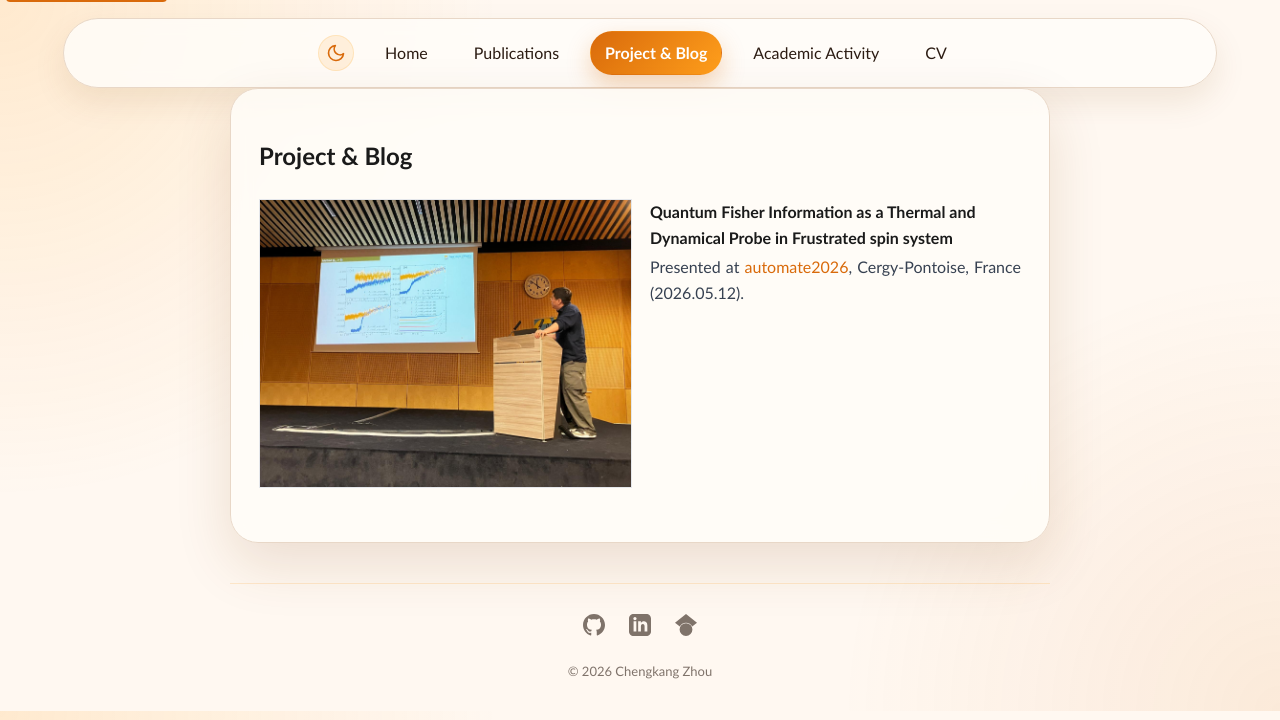
Repository: argyibug/zhouchk
Page: projects.html
The author's editor kept a copy of each file at every save. The page is drawn from the files as they stood at one save, then again after the next save.
The browser window is 1280 px wide. The pictures show the whole page.

Above is the page before, as saved 2026-06-02 09:48:09.

### projects.html
<!DOCTYPE HTML>
<html lang="en">

<head>
  <meta http-equiv="Content-Type" content="text/html; charset=UTF-8">
  <title>Project &amp; Blog - Chengkang Zhou</title>
  <meta name="author" content="Chengkang Zhou">
  <meta name="viewport" content="width=device-width, initial-scale=1">
  <meta name="description" content="Project &amp; Blog by Chengkang Zhou.">
  <meta name="robots" content="index, follow">

  <meta property="og:title" content="Project &amp; Blog - Chengkang Zhou">
  <meta property="og:description" content="Project &amp; Blog by Chengkang Zhou.">
  <meta property="og:image" content="https://argyibug.github.io/zhouchk/figures/me.jpg">
  <meta property="og:url" content="https://argyibug.github.io/zhouchk/projects.html">
  <meta property="og:type" content="profile">

  <meta name="twitter:card" content="summary">
  <meta name="twitter:title" content="Project &amp; Blog - Chengkang Zhou">
  <meta name="twitter:description" content="Project &amp; Blog by Chengkang Zhou.">
  <meta name="twitter:image" content="https://argyibug.github.io/zhouchk/figures/me.jpg">

  <link rel="stylesheet" type="text/css" href="stylesheet.css">
  <link rel="stylesheet" type="text/css" href="shared-styles.css">
  <link rel="icon" type="image/png" href="figures/logo.png">
  <style>
    .page-title {
      font-size: 24px;
      font-weight: 700;
      color: #1a1a1a;
      margin-bottom: 24px;
      text-align: left;
    }

    .project-item {
      margin-bottom: 16px;
      padding: 0;
      display: flex;
      align-items: stretch;
      gap: 20px;
    }

    .project-media {
      flex: 0 0 calc(50% - 10px);
      max-width: calc(50% - 10px);
    }

    .project-demo-image {
      width: 100%;
      height: 100%;
      min-height: 260px;
      object-fit: cover;
      border: 1px solid #e5e7eb;
      background-color: var(--section-bg);
    }

    .project-content {
      flex: 0 0 calc(50% - 10px);
      max-width: calc(50% - 10px);
    }

    .project-no-media .project-content {
      flex: 1 1 100%;
      max-width: 100%;
    }

    .project-title {
      font-size: 16px;
      font-weight: 600;
      margin-bottom: 4px;
      color: #1a1a1a;
    }

    .project-title a {
      font-size: 16px;
    }

    .project-description {
      margin-bottom: 0;
      line-height: 1.6;
      color: #374151;
      text-align: justify;
      text-justify: inter-word;
    }

    #projects-list {
      list-style: none !important;
      padding-left: 0 !important;
    }

    [data-theme="dark"] .page-title { color: var(--text-color); }
    [data-theme="dark"] .project-title { color: var(--text-color); }
    [data-theme="dark"] .project-description { color: var(--text-color); }
    [data-theme="dark"] .project-demo-image { border-color: #374151; }

    @media screen and (max-width: 768px) {
      .project-item {
        flex-direction: column;
        gap: 10px;
      }

      .project-media,
      .project-content {
        flex: 1 1 100%;
        max-width: 100%;
      }

      .project-demo-image {
        width: 100%;
        height: auto;
        min-height: 0;
        max-height: 380px;
        object-fit: contain;
      }
    }
  </style>
</head>

<body>
  <div id="site-nav"></div>

  <main id="main-content" class="main-content-wrapper page-shell">
    <h1 class="page-title">Project &amp; Blog</h1>

    <div style="margin-bottom:24px;">
      <ul id="projects-list">
        <!-- Projects will be inserted here -->
      </ul>
    </div>
  </main>

  <div id="site-footer"></div>

  <!-- Load JavaScript files -->
  <script src="site-shell.js"></script>
  <script src="utils.js"></script>
  <!-- Load data first, then populate projects -->
  <script src="data.js"></script>
  <script>
    // Projects page specific script
    document.addEventListener('DOMContentLoaded', function() {
      // Populate all projects (both selected and non-selected)
      populateProjects(getAllProjects(), 'projects-list');

      // Initialize dark mode toggle (uses utils.js with sun/moon icons)
      initializeDarkMode();

      // Initialize back to top button
      initializeBackToTop();
    });

    /**
     * Function to populate projects in the specified container element
     * @param {Array} projects - Array of project objects
     * @param {string} containerId - ID of the container element to populate
     */
    function populateProjects(projects, containerId) {
      const container = document.getElementById(containerId);
      if (!container) return;

      projects.forEach(project => {
        const li = document.createElement('li');
        li.className = 'project-item';

        // Project demo image
        if (project.demoPath) {
          const imgDiv = document.createElement('div');
          imgDiv.className = 'project-media';
          const img = document.createElement('img');
          img.src = project.demoPath;
          img.alt = `${project.title} demo`;
          img.className = 'project-demo-image';
          img.loading = 'lazy';

          // Check if project has a homepage link to make image clickable
          const homepageMatch = project.description.match(/<a href="([^"]+)">Project Homepage<\/a>/);
          if (homepageMatch) {
            const homepageUrl = homepageMatch[1];
            const imgLink = document.createElement('a');
            imgLink.href = homepageUrl;
            imgLink.target = '_blank';
            imgLink.rel = 'noopener';
            imgLink.style.textDecoration = 'none';
            imgLink.appendChild(img);
            imgDiv.appendChild(imgLink);
          } else {
            imgDiv.appendChild(img);
          }

          li.appendChild(imgDiv);
        } else {
          li.classList.add('project-no-media');
        }

        // Project content container
        const contentDiv = document.createElement('div');
        contentDiv.className = 'project-content';

        // Project title with homepage link
        const titleDiv = document.createElement('div');
        titleDiv.className = 'project-title';

        // Check if project has a homepage link in the description
        const homepageMatch = project.description.match(/<a href="([^"]+)">Project Homepage<\/a>/);
        if (homepageMatch) {
          const homepageUrl = homepageMatch[1];
          const titleText = project.title;
          titleDiv.innerHTML = `<strong><a href="${homepageUrl}" target="_blank" rel="noopener">${titleText}</a></strong>`;
        } else {
          titleDiv.textContent = project.title;
        }

        // Project description (remove homepage link from description since it's now in title)
        const descDiv = document.createElement('div');
        descDiv.className = 'project-description';
        // Remove the homepage link from description since it's now in the title
        const cleanDescription = project.description.replace(/<a href="[^"]+">Project Homepage<\/a>/, '');
        // Clean up any extra spaces or punctuation that might be left
        const finalDescription = cleanDescription.replace(/\s*\(\s*\)\s*/, '').trim();
        descDiv.innerHTML = finalDescription;

        // Append elements
        contentDiv.appendChild(titleDiv);
        contentDiv.appendChild(descDiv);
        li.appendChild(contentDiv);
        container.appendChild(li);
      });
    }

    // Dark mode functions are loaded from utils.js
  </script>
</body>

</html>

### shared-styles.css
/**
 * Shared Styles for All Pages
 * Contains navigation, layout, and common component styles
 */

/* Navigation Styles */
.page-shell {
  max-width: 820px;
  margin: 0 auto;
  padding: 32px 24px 48px;
  background: var(--surface-bg);
  border: 1px solid var(--border-color);
  border-radius: 28px;
  box-shadow: 0 22px 56px var(--shadow-color);
  backdrop-filter: blur(10px);
}

.page-shell-footer {
  max-width: 820px;
  margin: 0 auto;
  padding: 0 24px;
}

.page-shell-footer-wide {
  max-width: 1200px;
  padding: 0 20px;
}

.nav-buttons {
  display: flex;
  justify-content: flex-end;
  align-items: center;
  gap: 18px;
  padding: 20px 35px;
  flex-wrap: wrap;
  margin: 18px auto 0;
  max-width: 1120px;
  border: 1px solid var(--border-color);
  border-radius: 999px;
  background: rgba(255, 253, 249, 0.82);
  box-shadow: 0 14px 32px rgba(122, 66, 11, 0.10);
  backdrop-filter: blur(10px);
}

.nav-button {
  display: inline-block;
  padding: 8px 16px;
  background-color: transparent;
  color: var(--text-color);
  font-weight: 500;
  font-size: 14px;
  transition: all 0.25s ease;
  text-align: center;
  border: 1px solid transparent;
  border-radius: 999px;
}

.nav-button:hover {
  color: var(--primary-color);
  background-color: var(--hover-bg);
  border-color: rgba(255, 159, 28, 0.24);
  transform: translateY(-1px);
}

/* Theme Toggle Button - Sun/Moon Icons */
.theme-toggle {
  background: var(--hover-bg);
  border: 1px solid rgba(255, 159, 28, 0.18);
  border-radius: 999px;
  width: 36px;
  height: 36px;
  cursor: pointer;
  display: flex;
  align-items: center;
  justify-content: center;
  transition: all 0.2s ease;
  color: var(--primary-color);
  padding: 6px;
}

.theme-toggle:hover {
  background-color: rgba(255, 159, 28, 0.18);
  color: var(--secondary-color);
  transform: translateY(-1px);
}

.theme-toggle:focus {
  outline: 2px solid var(--primary-color);
  outline-offset: 2px;
}

.theme-toggle svg {
  width: 20px;
  height: 20px;
}

/* Navigation Active State */
.nav-button[aria-current="page"] {
  color: #ffffff;
  font-weight: 600;
  background: linear-gradient(135deg, var(--primary-color), var(--secondary-color));
  border-color: transparent;
  box-shadow: 0 10px 24px rgba(217, 106, 11, 0.28);
}

/* Main Content Layout - Only applies to pages without specific overrides */

/* List Spacing */
.section-spacing ul,
.section-spacing ul.publication-list,
td ul {
  margin-top: 0px !important;
  margin-bottom: 0px !important;
}

.section-spacing li,
.section-spacing ul li,
td li,
td ul li,
li {
  margin-bottom: 8px !important;
  margin-top: 0px !important;
  padding-bottom: 0px !important;
  padding-top: 0px !important;
}

.publication-list li,
ul.publication-list li {
  margin-bottom: 12px !important;
  margin-top: 0px !important;
  padding-bottom: 0px !important;
  padding-top: 0px !important;
}

li p {
  margin: 0px !important;
  padding: 0px !important;
}

/* Publication Styles - Consistent indentation */
.publication-list {
  list-style-type: none !important;
  padding-left: 0 !important;
  margin: 0 0 20px 0 !important;
}

/* Ensure all lists have consistent indentation */
ul, ol {
  list-style-type: none !important;
  padding-left: 0 !important;
  margin: 0 0 20px 0 !important;
}

/* Override any specific list variations */
#projects-list, #research-experience-list, #academic-services-list, #teaching-list, #honors-list {
  list-style-type: none !important;
  padding-left: 0 !important;
  margin: 0 0 20px 0 !important;
}

/* Ensure all content inside main-content-wrapper is properly aligned */
.main-content-wrapper > * {
  box-sizing: border-box;
}

.publication-list li {
  margin-bottom: 16px;
}

.papertitle {
  margin-bottom: 6px;
}

.new-badge {
  color: #6b7280;
  font-size: 12px;
  font-weight: 600;
  letter-spacing: 0.04em;
  text-transform: uppercase;
  margin-right: 8px;
}

[data-theme="dark"] .new-badge {
  color: #9ca3af;
}

.paper_rest {
  margin-bottom: 6px;
}

.paper_rest b,
.paper_rest strong {
  color: var(--secondary-color);
  font-weight: 800;
  font-size: 1.06em;
}

.paper-venue {
  color: #9ca3af;
}

[data-theme="dark"] .paper-venue {
  color: #888;
}

.paper-links {
  font-size: 16px;
}

.paper-links a {
  color: var(--primary-color);
  font-weight: 400;
  transition: color 0.2s ease;
}

.paper-links a:hover,
.paper-links a:focus-visible {
  color: var(--secondary-color);
  outline: none;
}

.paper-links a:focus {
  outline: none;
}

.detail-container,
.abstract-container,
.citation-container {
  margin-top: 12px;
}

.abstract-toggle,
.citation-toggle {
  display: inline;
  padding: 0;
  margin: 0;
  font-size: 16px;
  font-family: inherit;
  font-weight: 400;
  color: var(--primary-color);
  background: none;
  border: none;
  cursor: pointer;
  text-decoration: none;
  transition: color 0.2s ease;
}

.abstract-toggle:hover,
.abstract-toggle:focus-visible,
.citation-toggle:hover,
.citation-toggle:focus-visible {
  color: var(--secondary-color);
}

.abstract-toggle:focus,
.citation-toggle:focus {
  outline: none;
}

.abstract-toggle[aria-expanded="true"],
.citation-toggle[aria-expanded="true"] {
  color: var(--secondary-color);
}

.detail-content {
  margin-top: 10px;
  padding: 0;
  border: none;
  background: transparent;
  box-shadow: none;
  line-height: 1.6;
  font-size: 16px;
}

.abstract-content {
  text-align: justify;
  text-justify: inter-word;
}

.detail-content p {
  margin: 0 0 10px 0;
}

.detail-content p:last-child {
  margin-bottom: 0;
}

.detail-content pre {
  margin: 0;
  padding: 12px 14px;
  background-color: var(--section-bg);
  border: 1px solid var(--border-color);
  border-radius: 6px;
  font-size: 13px;
  overflow: auto;
}

/* Page Title Styles */
.page-title {
  text-align: left;
  font-size: 24px;
  font-weight: 700;
  margin-bottom: 24px;
  color: #1a1a1a;
}

/* Responsive Design */
@media screen and (max-width: 1315px) {
  .nav-buttons {
    justify-content: center;
    gap: 12px 16px;
    padding: 12px 16px;
  }

  .nav-button {
    display: inline-flex;
    align-items: center;
    justify-content: center;
    padding: 8px 14px;
    font-size: 16px;
  }

  .theme-toggle {
    order: -1; /* Move theme toggle to the left */
  }

  .main-content-wrapper:not(.page-shell) {
    padding: 0 15px;
  }
}

@media screen and (max-width: 768px) {
  .page-shell {
    padding: 24px 16px 40px;
  }

  .page-shell-footer {
    padding: 0 16px;
  }

  .page-shell-footer-wide {
    padding: 0 10px;
  }
}

@media screen and (max-width: 600px) {
  .theme-toggle {
    width: 32px;
    height: 32px;
  }

  .theme-toggle svg {
    width: 18px;
    height: 18px;
  }
}

/* Back to Top Button */
.back-to-top {
  position: fixed;
  bottom: 30px;
  right: 30px;
  width: 44px;
  height: 44px;
  background: linear-gradient(135deg, var(--primary-color), var(--secondary-color));
  color: white;
  border: none;
  border-radius: 50%;
  cursor: pointer;
  display: flex;
  align-items: center;
  justify-content: center;
  opacity: 0;
  visibility: hidden;
  transition: all 0.3s ease;
  box-shadow: 0 12px 24px rgba(122, 66, 11, 0.22);
  z-index: 999;
}

.back-to-top.visible {
  opacity: 1;
  visibility: visible;
}

.back-to-top:hover {
  background: linear-gradient(135deg, var(--secondary-color), var(--primary-color));
  transform: translateY(-3px);
  box-shadow: 0 16px 28px rgba(122, 66, 11, 0.28);
}

.back-to-top svg {
  width: 20px;
  height: 20px;
}

/* Enhanced Footer - Refined styling with subtle hover effects */
.site-footer {
  border-top: 1px solid rgba(255, 159, 28, 0.18);
  margin-top: 40px;
  padding: 30px 20px;
  text-align: center;
}

.footer-social {
  display: flex;
  justify-content: center;
  gap: 24px;
  margin-bottom: 18px;
}

.footer-social a {
  color: var(--text-color);
  opacity: 0.6;
  transition: all 0.3s ease;
}

.footer-social a:hover {
  color: var(--secondary-color);
  opacity: 1;
  transform: translateY(-2px);
}

.footer-social svg {
  width: 22px;
  height: 22px;
}

.footer-copyright {
  font-size: 13px;
  color: var(--text-color);
  opacity: 0.6;
  margin: 0;
}

@media screen and (max-width: 600px) {
  .back-to-top {
    bottom: 20px;
    right: 20px;
    width: 40px;
    height: 40px;
  }

  .footer-social {
    gap: 15px;
  }

  .footer-social svg {
    width: 20px;
    height: 20px;
  }
}

Loaded but not shown: data.js (245 lines, source omitted); site-shell.js (188 lines, source omitted); utils.js (95 lines, source omitted); stylesheet.css (395 lines, source omitted)

After the next save:
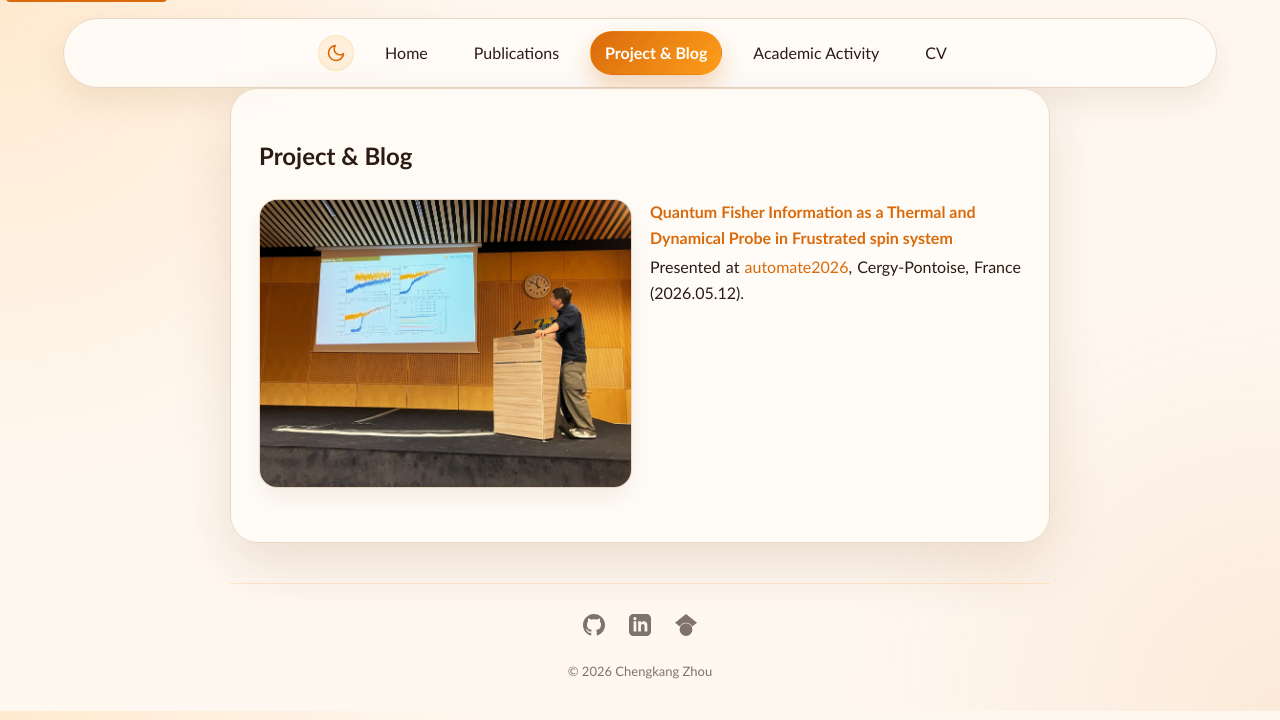
Saved 5 s later.
--- a/projects.html
+++ b/projects.html
@@ -27,7 +27,7 @@
     .page-title {
       font-size: 24px;
       font-weight: 700;
-      color: #1a1a1a;
+      color: var(--text-color);
       margin-bottom: 24px;
       text-align: left;
     }
@@ -50,8 +50,10 @@
       height: 100%;
       min-height: 260px;
       object-fit: cover;
-      border: 1px solid #e5e7eb;
+      border: 1px solid var(--border-color);
+      border-radius: 18px;
       background-color: var(--section-bg);
+      box-shadow: 0 12px 24px rgba(122, 66, 11, 0.08);
     }
 
     .project-content {
@@ -68,7 +70,7 @@
       font-size: 16px;
       font-weight: 600;
       margin-bottom: 4px;
-      color: #1a1a1a;
+      color: var(--primary-color);
     }
 
     .project-title a {
@@ -78,7 +80,7 @@
     .project-description {
       margin-bottom: 0;
       line-height: 1.6;
-      color: #374151;
+      color: var(--text-color);
       text-align: justify;
       text-justify: inter-word;
     }
@@ -91,7 +93,7 @@
     [data-theme="dark"] .page-title { color: var(--text-color); }
     [data-theme="dark"] .project-title { color: var(--text-color); }
     [data-theme="dark"] .project-description { color: var(--text-color); }
-    [data-theme="dark"] .project-demo-image { border-color: #374151; }
+    [data-theme="dark"] .project-demo-image { border-color: var(--border-color); }
 
     @media screen and (max-width: 768px) {
       .project-item {
